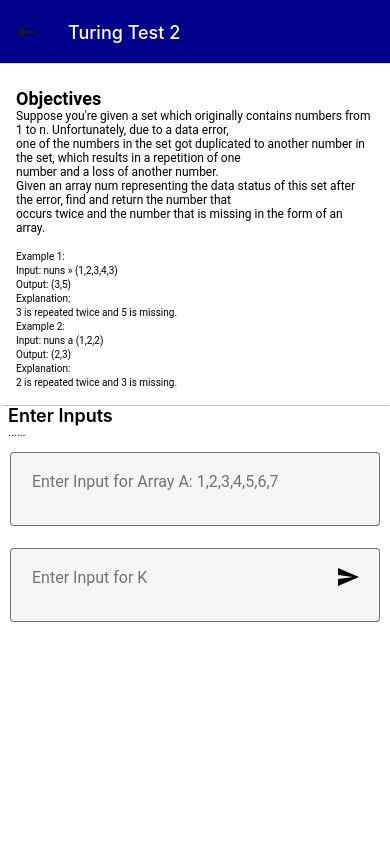
Repository: seyicoded/rn-crazy-algorithm-app
Screen: /TuringTest2
An editor plug-in stored every save of this project. The screen is shown before and after the next save, followed by the edit.
The app was drawn by React Native's web renderer in a window 390 px wide. The project was rebuilt for these pictures with package versions that can differ from the ones it lists, and the page was loaded fresh each time. Also part of the build but not shown: src/screens/sort.js, src/screens/filter.js, src/screens/advance.js, src/screens/sorts/Sort_simple_number.js, src/screens/sorts/Sort_alphabet.js, src/screens/filters/Filter_simple_number.js, src/screens/advance/Advance_number.js, src/screens/advance/Multiplier_number.js and 1 more.

Above is the screen before, as saved 2022-04-02 01:49:19.

### App.js
import 'react-native-gesture-handler';
import { StatusBar } from 'expo-status-bar';
import { StyleSheet, Text, View } from 'react-native';
import Main from './src/main'
export default function App() {
  return (
    <View style={styles.container}>
      <Main />
      <StatusBar style="auto" />
    </View>
  );
}

const styles = StyleSheet.create({
  container: {
    flex: 1,
    backgroundColor: '#fff',
  },
});

### src/main.js
import { View, Text } from 'react-native'
import React from 'react'
import {NavigationContainer} from '@react-navigation/native'
import {createStackNavigator} from '@react-navigation/stack'
import Home from './screens/index'
import Sort from './screens/sort'
import Filter from './screens/filter'
import Advance from './screens/advance'
import Sort_simple_number from './screens/sorts/Sort_simple_number'
import Sort_alphabet from './screens/sorts/Sort_alphabet'
import Filter_simple_number from './screens/filters/Filter_simple_number'
import Advance_number from './screens/advance/Advance_number'
import Multiplier_number from './screens/advance/Multiplier_number'
import TuringTest1 from './screens/advance/TuringTest1'
import TuringTest2 from './screens/advance/TuringTest2'

const StackNav = createStackNavigator()

export default function Main() {
  return (
    <NavigationContainer>
        <StackNav.Navigator>
            <StackNav.Screen name="Home" options={{headerMode: 'none'}} component={Home} />
            <StackNav.Screen name="Filter" options={{headerMode: 'none'}} component={Filter} />
            <StackNav.Screen name="Sort" options={{headerMode: 'none'}} component={Sort} />
            <StackNav.Screen name="Advance" options={{headerMode: 'none'}} component={Advance} />

            {/* sort aspect */}
            <StackNav.Screen name="Sort_simple_number" options={{title: 'Number Sort', headerStyle: {backgroundColor: 'darkblue', color: 'white'}, headerTitleStyle: {color: 'white'}}} component={Sort_simple_number} />
            <StackNav.Screen name="Sort_alphabet" options={{title: 'Alphabet Sort', headerStyle: {backgroundColor: 'darkblue', color: 'white'}, headerTitleStyle: {color: 'white'}}} component={Sort_alphabet} />

            {/* filter aspect */}
            <StackNav.Screen name="Filter_simple_number" options={{title: 'Number Filter', headerStyle: {backgroundColor: 'darkblue', color: 'white'}, headerTitleStyle: {color: 'white'}}} component={Filter_simple_number} />
            <StackNav.Screen name="Advance_number" options={{title: 'Advance Number Section', headerStyle: {backgroundColor: 'darkblue', color: 'white'}, headerTitleStyle: {color: 'white'}}} component={Advance_number} />
            <StackNav.Screen name="Multiplier_number" options={{title: 'Multiplier Number Section', headerStyle: {backgroundColor: 'darkblue', color: 'white'}, headerTitleStyle: {color: 'white'}}} component={Multiplier_number} />
            <StackNav.Screen name="TuringTest1" options={{title: 'Turing Test 1', headerStyle: {backgroundColor: 'darkblue', color: 'white'}, headerTitleStyle: {color: 'white'}}} component={TuringTest1} />
            <StackNav.Screen name="TuringTest2" options={{title: 'Turing Test 2', headerStyle: {backgroundColor: 'darkblue', color: 'white'}, headerTitleStyle: {color: 'white'}}} component={TuringTest2} />
        </StackNav.Navigator>
    </NavigationContainer>
  )
}

### src/screens/index.js
import { View, Text, StyleSheet, FlatList, TouchableOpacity } from 'react-native'
import React, {useState, useEffect, useRef} from 'react'
import Header from '../layout/header'
import { List, Avatar, Card, Title, Paragraph, Button } from 'react-native-paper';

const data = [
    {
        id: 'Sort',
        image: 'https://picsum.photos/700',
        title: 'Sort',
    },
    {
        id: 'Filter',
        image: 'https://picsum.photos/700',
        title: 'Filter',
    },
    {
        id: 'Advance',
        image: 'https://picsum.photos/700',
        title: 'Advance',
    },
]

export default function Index({route, navigation}) {
    const [color, setColor] = useState('darkblue');
    var timer = null;
    var ColorChanger = useRef('darkblue');


    useEffect(()=>{
        timer = setInterval(()=>{
            // console.log('.')
            ColorChanger.current = (ColorChanger.current == 'darkblue') ? 'darkred' : 'darkblue';
            setColor(ColorChanger.current);
        }, 1000);
        return ()=>{
            clearInterval(timer);
        }
    }, [])

    const styles = StyleSheet.create({
        container: {
          flex: 1,
          width: '100%',
          backgroundColor: '#fff',
        },
        header: {
            fontSize: 16,
            textAlign: 'center',
            marginTop: 20,
            marginBottom: 20,
            color: color,
            fontWeight: '700',
        },
        list: {
            width: '100%',
        },
        card: {
            // backgroundColor: 'red',
            margin: 20,
            shadowColor: '#000',
            shadowOffset: { width: 0, height: 2 },
            shadowOpacity: 0.8,
            elevation: 4
        }
    });

    return (
        <View style={styles.container}>
            <Header title="Home" visible={false} navigation={navigation} />
            <Text style={styles.header}>Let's Prep Shall We</Text>

            <FlatList
                data={data}
                style={styles.list}
                renderItem={({ item }) => {
                    return (
                        <TouchableOpacity onPress={() => navigation.navigate(item.id, {title: item.title})}>
                            <Card style={styles.card}>
                                <Card.Cover source={{ uri: item.image }} />
                                {/* <Card.Actions style={{justifyContent: 'center'}}>
                                    <Button onPress={()=>navigation.navigate(item.id)}>{item.title}</Button>

                                </Card.Actions> */}

                                <Card.Content style={{justifyContent: 'center'}}>
                                    <Title style={{textAlign: 'center', marginTop:12, color: 'darkblue'}}>{item.title}</Title>
                                </Card.Content>
                            </Card>
                        </TouchableOpacity>
                    )
                }}
                numColumns={1}
            />

            {/* <Card>
                <Card.Cover source={{ uri: 'https://picsum.photos/700' }} />

                <Card.Content>
                    <Title>Card title</Title>
                </Card.Content>
            </Card> */}

        </View>
    )
}

### src/screens/advance/TuringTest2.js
import { StyleSheet, Text, View, TouchableOpacity, Pressable, Keyboard, Alert, ScrollView } from 'react-native'
import React from 'react'
import { Banner, RadioButton, TextInput } from 'react-native-paper';
import {Ionicons} from '@expo/vector-icons'

export default function TuringTest2() {
    const [value, setValue] = React.useState('ascending');
    const [byWhat, setbyWhat] = React.useState('letter');
    const [unsortedVal, setunsortedVal] = React.useState('');
    const [sortedVal, setsortedVal] = React.useState('');
    const [arrayVal, setarrayVal] = React.useState('');
    const [calDone, setcalDone] = React.useState([]);

    // console.log(calDone)

    const calculate = async() => {
        try{
            // extract array
            var returns = '-1';
            const array = arrayVal.toString().split(',');
            for(var i = 0 ; i < array.length ; i++ ){

                for(var j = i ; j > 0 ; j--){
                    if( (parseFloat(array[j]) + parseFloat(array[j - 1])) < unsortedVal ){
                        var present = (parseFloat(array[j]) + parseFloat(array[j - 1]));
                        if(parseFloat(present) > parseFloat(returns)){
                            returns = present;
                        }
                        // setsortedVal( returns.toString() )
                        // return ;
                    }
                }
            }

            setsortedVal(returns)
            return ;
        }catch(e){
            console.log(e)
            Alert.alert('An error occurred')
        }
    }

  return (
      <Pressable onPress={()=>{Keyboard.dismiss()}} style={{flex: 1,}}>
        <ScrollView style={styles.container}>
            <Banner
                visible={true}
                actions={[
                ]}
                >
                    <View>
                        <Text style={{fontWeight: '600', fontSize: 18}}>Objectives</Text>
                        <Text />
                        <Text style={{fontSize: 12}}>
                            {`Suppose you're given a set which originally contains numbers from 1 to n. Unfortunately, due to a data error,
one of the numbers in the set got duplicated to another number in the set, which results in a repetition of one
number and a loss of another number.
Given an array num representing the data status of this set after the error, find and return the number that
occurs twice and the number that is missing in the form of an array.`}

                            <Text style={{fontSize: 10}}>
                                {`\n \nExample 1:
Input: nuns » (1,2,3,4,3)
Output: (3,5)
Explanation:
3 is repeated twice and 5 is missing.
Example 2:
Input: nuns a (1,2,2)
Output: (2,3)
Explanation:
2 is repeated twice and 3 is missing.`}
                            </Text>
                        </Text>
                    </View>
            </Banner>

            <Text />

            <Text style={styles.title_element}>Enter Inputs</Text>
            <Text style={{fontSize: 10, marginLeft: 8}}>......</Text>

            <TextInput
                label='Enter Input for Array A: 1,2,3,4,5,6,7'
                mode='outlined'
                style={styles.input}
                value={arrayVal}
                multiline={true}
                keyboardType='numbers-and-punctuation'
                onChangeText={text => setarrayVal(text)}
            />

            <TextInput
                label='Enter Input for K'
                mode='outlined'
                style={styles.input}
                value={unsortedVal}
                multiline={true}
                keyboardType='numeric'
                right={<TextInput.Icon forceTextInputFocus={false} onPress={()=>calculate()} style={{zIndex: 999}} name="send" />}
                onChangeText={text => setunsortedVal(text)}
            />

            <Text />

            {
                sortedVal.length > 0 ?
                <View>
                    <Text style={[styles.title_element, {marginTop: 14}]}>Solved Output</Text>
                    <Text style={styles.sorted_output}>
                        {sortedVal}
                    </Text>

                    <Text/>
                    {/* <Text style={{marginLeft: 10}}>Belows are the calculation done:</Text>
                    <View style={{alignItems: 'center',}}>
                        {
                            calDone.map((item, index) => {
                                return <Text style={{fontSize: 23, marginTop: 3}}>{item}</Text>
                            })
                        }
                    </View> */}

                </View>
                :<></>
            }
        </ScrollView>
    </Pressable>
  )
}

const styles = StyleSheet.create({
    container: {
        flex: 1,
        backgroundColor: '#fff',
    },
    title_element: {
        fontWeight: '600',
        fontSize: 18,
        paddingLeft: 8
    },
    radio: {
        flexDirection: 'row',
        justifyContent: 'space-between',
        alignItems: 'center',
        marginHorizontal: 10,
        backgroundColor: 'rgba(0, 0, 0, 0.05)',
        paddingHorizontal: 8,
    },
    input: {
        marginHorizontal: 10,
        marginVertical: 8,
        // backgroundColor: 'rgba(0, 0, 0, 0.05)',
        paddingHorizontal: 8,
        zIndex: 99
    },
    sorted_output: {
        margin: 20,
        backgroundColor: 'rgba(0, 0, 0, 0.05)',
        padding: 10,
        fontSize: 18,
    }
})

### src/layout/header.js
import { View, Text } from 'react-native'
import React, {useState, useEffect} from 'react'
import { Appbar } from 'react-native-paper';

export default function Header({title, visible, navigation}) {
    // const [visible, setVisible] = useState(false);

    if(visible){
        return (
            <Appbar.Header style={{backgroundColor: 'darkblue'}}>
                {
                    (visible) ?
                    <Appbar.BackAction onPress={()=>navigation.goBack()} />
                    :<></>
                }
                <Appbar.Content title={title} />
            </Appbar.Header>
          )
    }else{
        return (
            <Appbar.Header style={{backgroundColor: 'darkblue'}}>
                <Appbar.Content title={title} />
            </Appbar.Header>
          )
    }

}

After the next save:
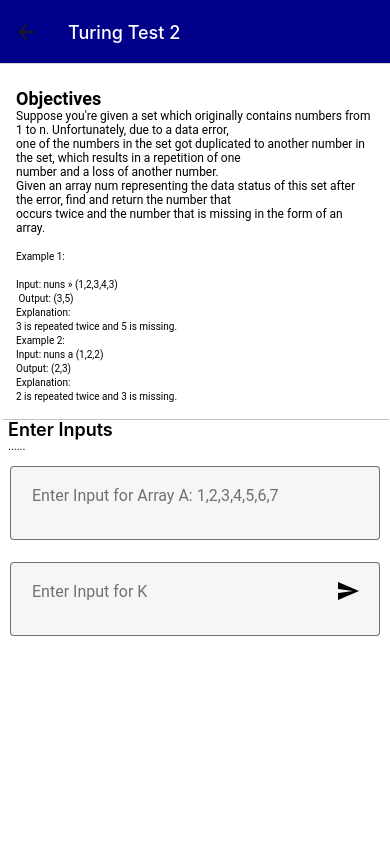
Saved 43 s later.
--- a/src/screens/advance/TuringTest2.js
+++ b/src/screens/advance/TuringTest2.js
@@ -60,15 +60,7 @@ occurs twice and the number that is missing in the form of an array.`}
 
                             <Text style={{fontSize: 10}}>
                                 {`\n \nExample 1:
-Input: nuns » (1,2,3,4,3)
-Output: (3,5)
-Explanation:
-3 is repeated twice and 5 is missing.
-Example 2:
-Input: nuns a (1,2,2)
-Output: (2,3)
-Explanation:
-2 is repeated twice and 3 is missing.`}
+                                \nInput: nuns » (1,2,3,4,3)\n Output: (3,5)\nExplanation:\n3 is repeated twice and 5 is missing.\nExample 2:\nInput: nuns a (1,2,2)\nOutput: (2,3)\nExplanation:\n2 is repeated twice and 3 is missing.`}
                             </Text>
                         </Text>
                     </View>
